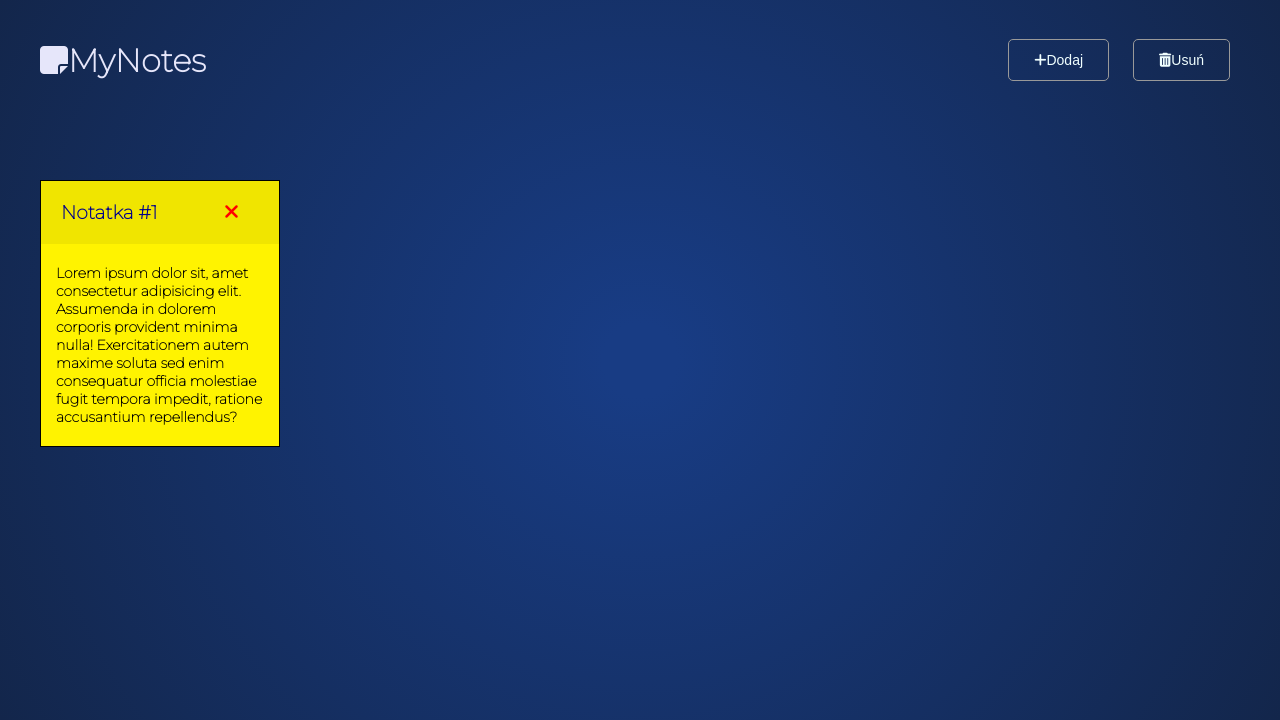
Repository: KrzysKolo/Projekt-7_Notes
Page: index.html
These files come from the project's save history. The page is drawn as it stood at one moment and after the next save; the edit follows.
The browser window is 1280 px wide. The pictures show the whole page.
Some web libraries are served in a nearby version.

Above is the page before, as saved 2020-07-08 08:43:56.

After the next save:
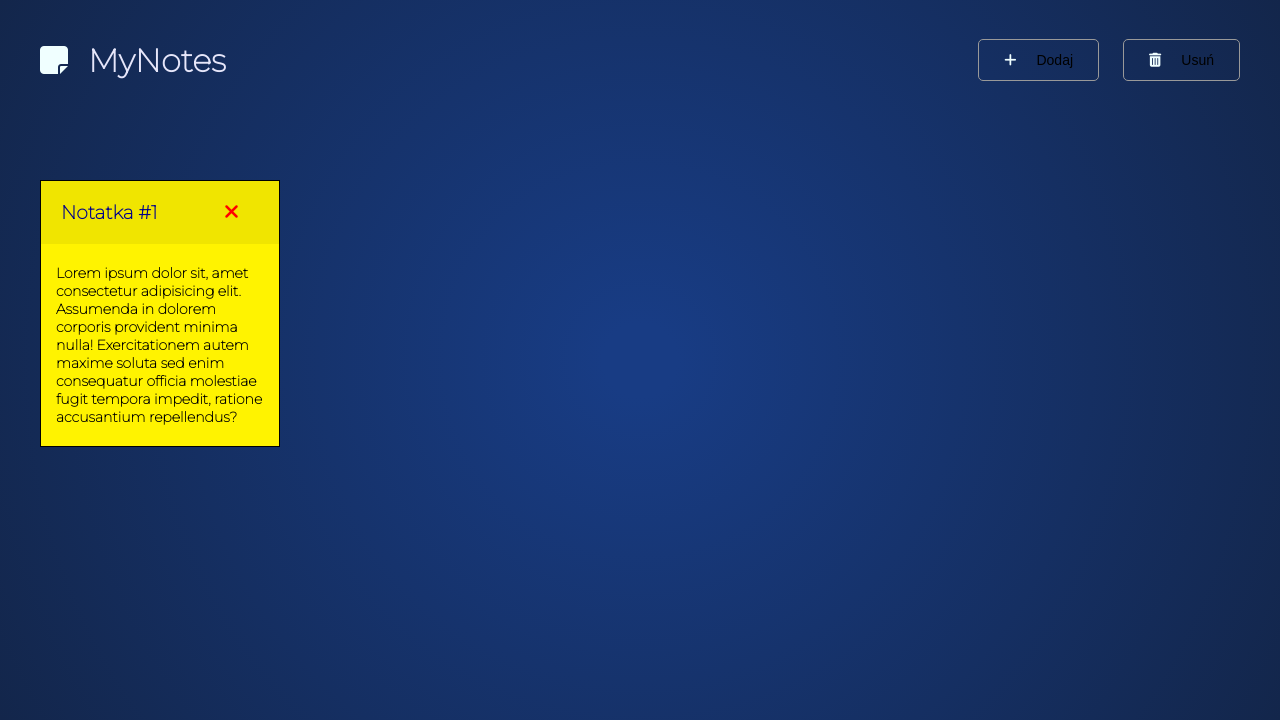
Saved 2 min 20 s later.
--- a/index.html
+++ b/index.html
@@ -16,11 +16,11 @@
   </head>
   <body>
     <div class="menu">
-      <h1><i class="fas fa-sticky-note"></i>MyNotes</h1>
+      <h1><i class="fas fa-sticky-note icon"></i>MyNotes</h1>
       <div class="menu-buttons">
-        <button class="add icon"><i class="fas fa-plus"></i>Dodaj</button>
-        <button class="delete-all icon">
-          <i class="fas fa-trash-alt"></i>Usuń
+        <button class="add"><i class="fas fa-plus icon"></i>Dodaj</button>
+        <button class="delete-all">
+          <i class="fas fa-trash-alt icon"></i>Usuń
         </button>
       </div>
     </div>
@@ -59,9 +59,11 @@
 
       <p class="error">UzupeLnij wszystkie pola!</p>
       <div class="panel-buttons">
-        <button class="save icon"><i class="fas fa-save">Zapisz</i></button>
+        <button class="save icon">
+          <i class="fas fa-save icon">Zapisz</i>
+        </button>
         <button class="cancel icon">
-          <i class="far fa-window-close"></i>Anuluj
+          <i class="far fa-window-close icon"></i>Anuluj
         </button>
       </div>
     </div>
